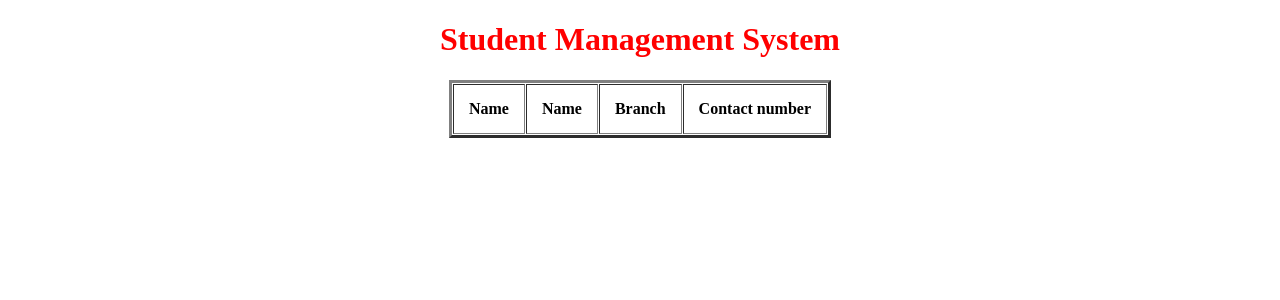
Repository: Aviligonda/Servlet_Programs
Page: http://localhost/StudentManagementSystem/viewStudent.jsp
An editor plug-in stored every save of this project. The page is shown before and after the next save, followed by the edit.
The browser window is 1280 px wide. The pictures show the whole page.
The page is served by Tomcat 9. Queries for data that is not in the repository find no rows.

Above is the page before, as saved 2024-11-24 15:13:47.

After the next save:
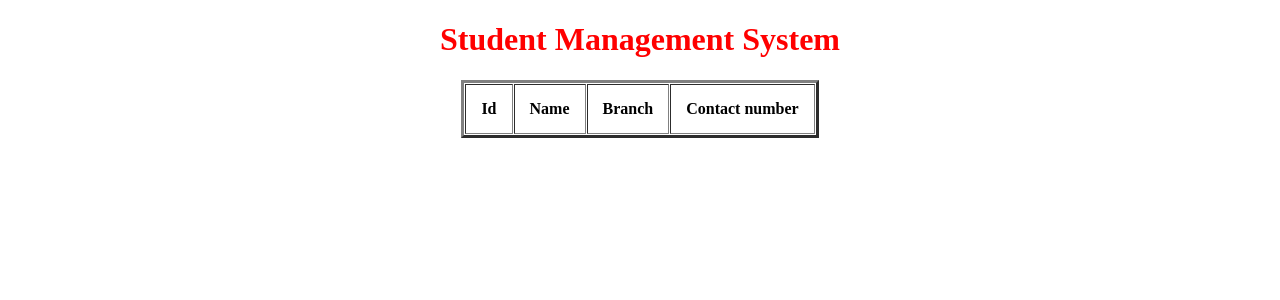
Saved 4 s later.
--- a/StudentManagementSystem/src/main/webapp/viewStudent.jsp
+++ b/StudentManagementSystem/src/main/webapp/viewStudent.jsp
@@ -18,7 +18,7 @@
 	Statement statement = connection.createStatement();
 	ResultSet resultSet = statement.executeQuery("select * from sms");
 	out.print("<table border='3' align='center' cellspacing='1' cellpadding='15'>");
-	out.print("<tr><th>Name</th><th>Name</th><th>Branch</th><th>Contact number</th></tr>");
+	out.print("<tr><th>Id</th><th>Name</th><th>Branch</th><th>Contact number</th></tr>");
 	while(resultSet.next()){
 		out.println("<tr><td>"+resultSet.getString(1)+"</td><td> "+resultSet.getString(2)+"</td><td> "+resultSet.getString(3)+"</td><td> "+resultSet.getString(4)+"</td></tr>");
 
